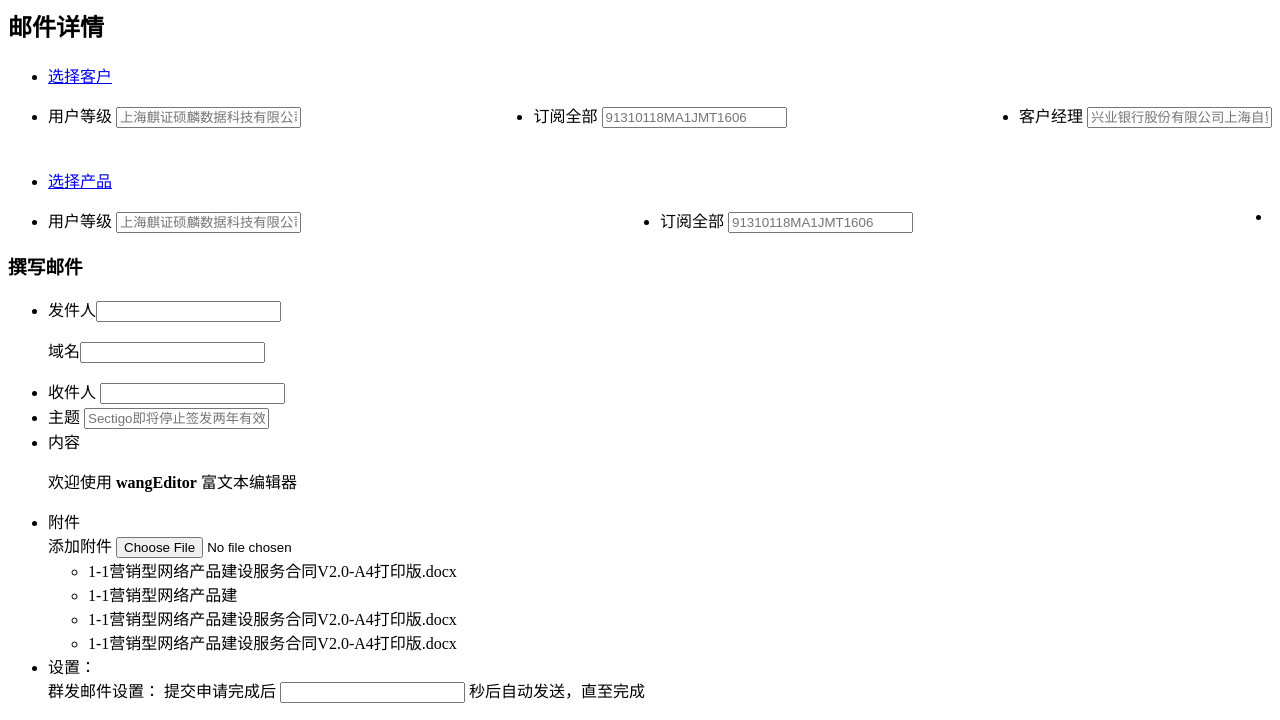
Repository: wangyan466393/racentSystem
Page: createEmail.html
An editor plug-in stored every save of this project. The page is shown before and after the next save, followed by the edit.
The browser window is 1280 px wide. The pictures show the whole page.

Above is the page before, as saved 2020-08-11 13:56:59.
Console error: ReferenceError: $ is not defined

After the next save:
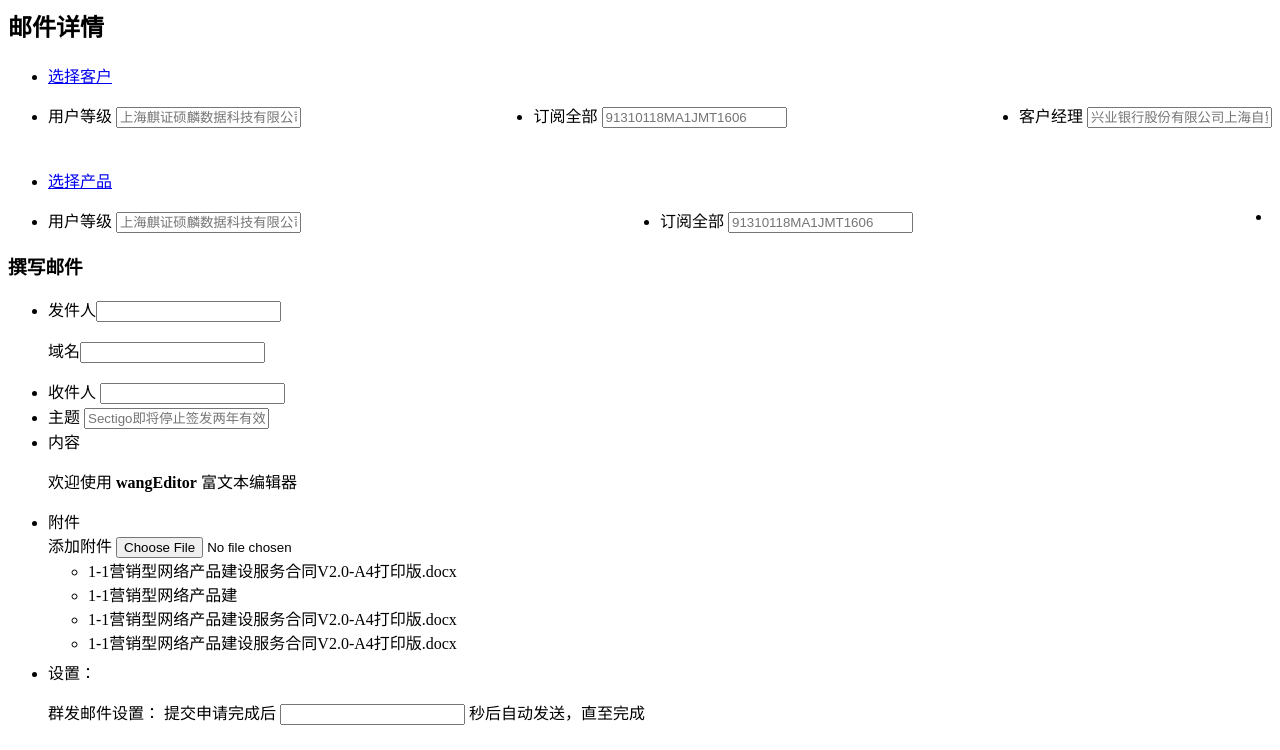
Saved 2 min 2 s later.
--- a/createEmail.html
+++ b/createEmail.html
@@ -109,7 +109,7 @@
                     </ul>
                 </div>
             </li>
-            <li>
+            <li style="line-height: 40px;">
                 <span>设置：</span>
                 <div>
                     群发邮件设置：
